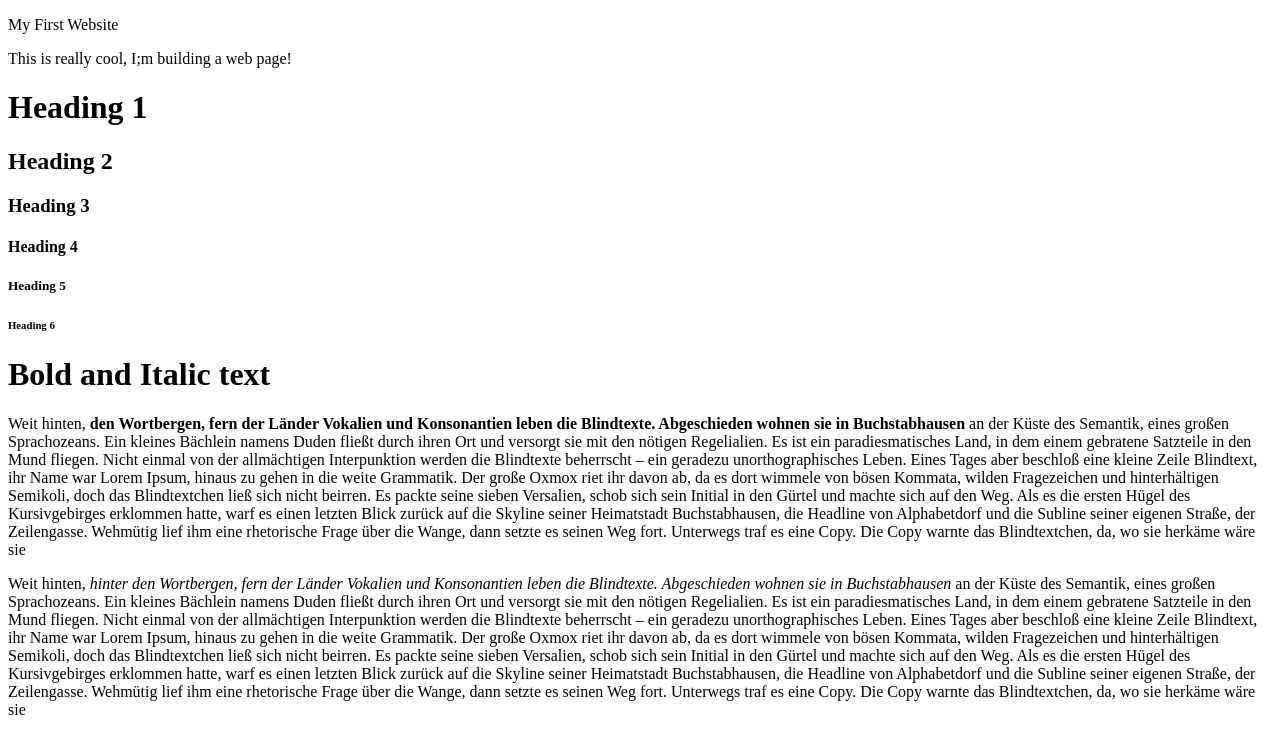
Repository: evemcd/odin_project
Page: my_first_website/index.html
These files come from the project's save history. The page is drawn as it stood at one moment and after the next save; the edit follows.
The browser window is 1280 px wide. The pictures show the whole page.

Above is the page before, as saved 2022-01-30 10:02:48.

After the next save:
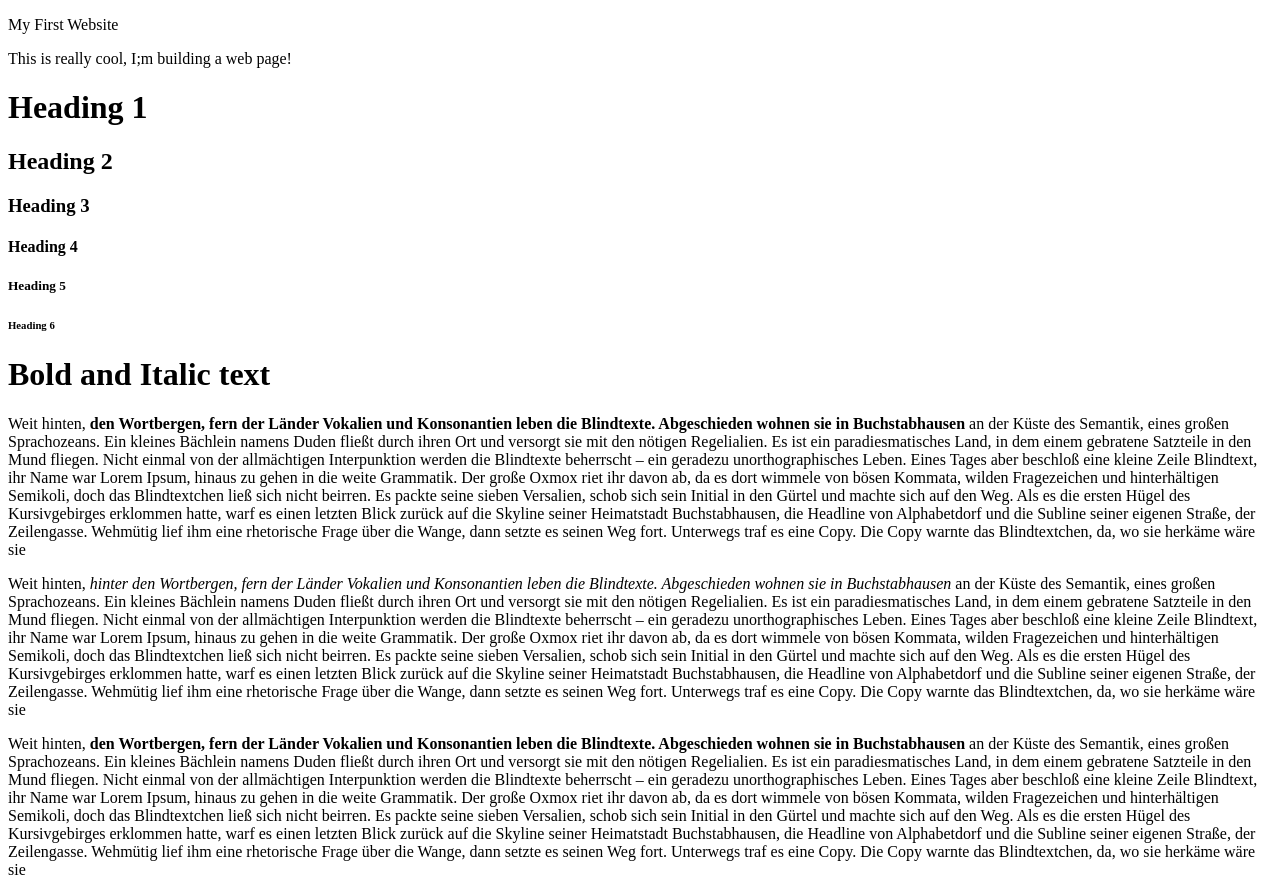
Saved 83 s later.
--- a/my_first_website/index.html
+++ b/my_first_website/index.html
@@ -18,10 +18,11 @@
 
     <h1>Bold and Italic text</h1>
 
-        <!-- strong stands for emphasis, this makes my text italic -->
+    <!-- <strong> makes my text bold -->
 
     <p>Weit hinten, <strong>den Wortbergen, fern der Länder Vokalien und Konsonantien leben die Blindtexte. Abgeschieden
-        wohnen sie in Buchstabhausen</strong> an der Küste des Semantik, eines großen Sprachozeans. Ein kleines Bächlein namens
+            wohnen sie in Buchstabhausen</strong> an der Küste des Semantik, eines großen Sprachozeans. Ein kleines
+        Bächlein namens
         Duden fließt durch ihren Ort und versorgt sie mit den nötigen Regelialien. Es ist ein paradiesmatisches Land, in
         dem einem gebratene Satzteile in den Mund fliegen. Nicht einmal von der allmächtigen Interpunktion werden die
         Blindtexte beherrscht – ein geradezu unorthographisches Leben. Eines Tages aber beschloß eine kleine Zeile
@@ -33,11 +34,25 @@
         Straße, der Zeilengasse. Wehmütig lief ihm eine rhetorische Frage über die Wange, dann setzte es seinen Weg
         fort. Unterwegs traf es eine Copy. Die Copy warnte das Blindtextchen, da, wo sie herkäme wäre sie</p>
 
-        <!-- em stands for emphasis, this makes my text italic -->
+    <!-- <em> stands for emphasis, this makes my text italic -->
 
-    <p>Weit hinten, <em>hinter den Wortbergen, fern der Länder Vokalien und Konsonantien leben die Blindtexte. Abgeschieden
-        wohnen sie in Buchstabhausen</em> an der Küste des Semantik, eines großen Sprachozeans. Ein kleines Bächlein namens
+    <p>Weit hinten, <em>hinter den Wortbergen, fern der Länder Vokalien und Konsonantien leben die Blindtexte.
+            Abgeschieden
+            wohnen sie in Buchstabhausen</em> an der Küste des Semantik, eines großen Sprachozeans. Ein kleines Bächlein
+        namens
         Duden fließt durch ihren Ort und versorgt sie mit den nötigen Regelialien. Es ist ein paradiesmatisches Land, in
+        dem einem gebratene Satzteile in den Mund fliegen. Nicht einmal von der allmächtigen Interpunktion werden die
+        Blindtexte beherrscht – ein geradezu unorthographisches Leben. Eines Tages aber beschloß eine kleine Zeile
+        Blindtext, ihr Name war Lorem Ipsum, hinaus zu gehen in die weite Grammatik. Der große Oxmox riet ihr davon ab,
+        da es dort wimmele von bösen Kommata, wilden Fragezeichen und hinterhältigen Semikoli, doch das Blindtextchen
+        ließ sich nicht beirren. Es packte seine sieben Versalien, schob sich sein Initial in den Gürtel und machte sich
+        auf den Weg. Als es die ersten Hügel des Kursivgebirges erklommen hatte, warf es einen letzten Blick zurück auf
+        die Skyline seiner Heimatstadt Buchstabhausen, die Headline von Alphabetdorf und die Subline seiner eigenen
+        Straße, der Zeilengasse. Wehmütig lief ihm eine rhetorische Frage über die Wange, dann setzte es seinen Weg
+        fort. Unterwegs traf es eine Copy. Die Copy warnte das Blindtextchen, da, wo sie herkäme wäre sie</p>
+    <p>Weit hinten, <strong>den Wortbergen, fern der Länder Vokalien und Konsonantien leben die Blindtexte. Abgeschieden
+        wohnen sie in Buchstabhausen</strong> an der Küste des Semantik, eines großen Sprachozeans. Ein kleines
+        Bächlein namens Duden fließt durch ihren Ort und versorgt sie mit den nötigen Regelialien. Es ist ein paradiesmatisches Land, in
         dem einem gebratene Satzteile in den Mund fliegen. Nicht einmal von der allmächtigen Interpunktion werden die
         Blindtexte beherrscht – ein geradezu unorthographisches Leben. Eines Tages aber beschloß eine kleine Zeile
         Blindtext, ihr Name war Lorem Ipsum, hinaus zu gehen in die weite Grammatik. Der große Oxmox riet ihr davon ab,
